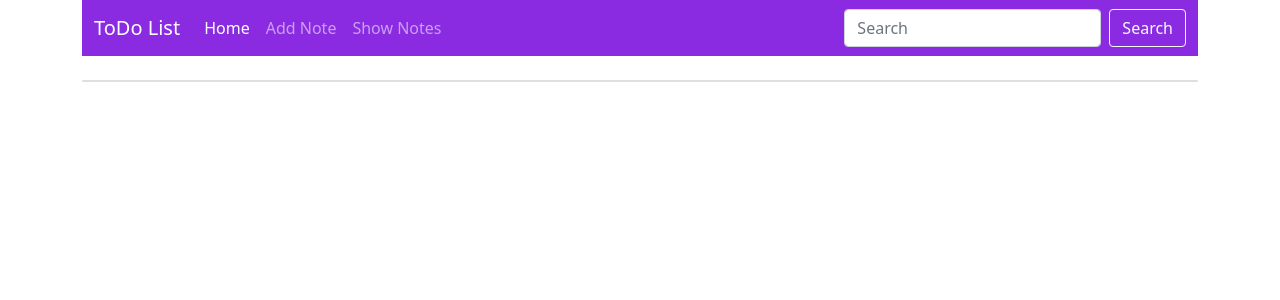
Repository: VishalSalvi17/Hibernate
Page: http://localhost/ToDoList/
The author's editor kept a copy of each file at every save. The page is drawn from the files as they stood at one save, then again after the next save.
The browser window is 1280 px wide. The pictures show the whole page.
Some web libraries are served in a nearby version. The page is served by Tomcat 9. Other server files are loaded and not shown.

Above is the page before, as saved 2023-03-17 06:47:34.

### ToDoList/src/main/webapp/index.jsp
<!doctype html>
<html lang="en">
<head>
<!-- Required meta tags -->
<meta charset="utf-8">
<meta name="viewport" content="width=device-width, initial-scale=1">

<title>TODO List : Home Page</title>
<%@include file="all_js_css.jsp"%>
<link rel="stylesheet"
	href="https://cdnjs.cloudflare.com/ajax/libs/font-awesome/6.3.0/css/all.min.css"
	integrity="sha512-SzlrxWUlpfuzQ+pcUCosxcglQRNAq/DZjVsC0lE40xsADsfeQoEypE+enwcOiGjk/bSuGGKHEyjSoQ1zVisanQ=="
	crossorigin="anonymous" referrerpolicy="no-referrer" />
</head>
<body>
	<div class="container">
		<%@include file="navbar.jsp"%>
		<br>
		<div class="card">
		<!-- <img alt="" src="">-->
		</div>
	</div>
</body>
</html>

### ToDoList/src/main/webapp/all_js_css.jsp
<!-- Bootstrap CSS -->
<link
	href="https://cdn.jsdelivr.net/npm/bootstrap@5.0.2/dist/css/bootstrap.min.css"
	rel="stylesheet"
	integrity="sha384-EVSTQN3/azprG1Anm3QDgpJLIm9Nao0Yz1ztcQTwFspd3yD65VohhpuuCOmLASjC"
	crossorigin="anonymous">

<!-- style path-->
<link href="css/style.css" rel="stylesheet">

<!-- Option 1: Bootstrap Bundle with Popper -->
<script
	src="https://cdn.jsdelivr.net/npm/bootstrap@5.0.2/dist/js/bootstrap.bundle.min.js"
	integrity="sha384-MrcW6ZMFYlzcLA8Nl+NtUVF0sA7MsXsP1UyJoMp4YLEuNSfAP+JcXn/tWtIaxVXM"
	crossorigin="anonymous"></script>

<!-- Option 2: Separate Popper and Bootstrap JS -->
<script
	src="https://cdn.jsdelivr.net/npm/@popperjs/core@2.9.2/dist/umd/popper.min.js"
	integrity="sha384-IQsoLXl5PILFhosVNubq5LC7Qb9DXgDA9i+tQ8Zj3iwWAwPtgFTxbJ8NT4GN1R8p"
	crossorigin="anonymous"></script>
<script
	src="https://cdn.jsdelivr.net/npm/bootstrap@5.0.2/dist/js/bootstrap.min.js"
	integrity="sha384-cVKIPhGWiC2Al4u+LWgxfKTRIcfu0JTxR+EQDz/bgldoEyl4H0zUF0QKbrJ0EcQF"
	crossorigin="anonymous"></script>

### ToDoList/src/main/webapp/navbar.jsp
<nav class="navbar navbar-expand-lg navbar-dark blue">
  <div class="container-fluid">
    <a class="navbar-brand" href="index.jsp">ToDo List</a>
    <button class="navbar-toggler" type="button" data-bs-toggle="collapse" data-bs-target="#navbarSupportedContent" aria-controls="navbarSupportedContent" aria-expanded="false" aria-label="Toggle navigation">
      <span class="navbar-toggler-icon"></span>
    </button>
    <div class="collapse navbar-collapse" id="navbarSupportedContent">
      <ul class="navbar-nav me-auto mb-2 mb-lg-0">
        <li class="nav-item">
          <a class="nav-link active" aria-current="page" href="index.jsp">Home</a>
        </li>
        <li class="nav-item">
          <a class="nav-link" href="addnote.jsp">Add Note</a>
        </li>
        <li class="nav-item">
          <a class="nav-link" href="all_notes.jsp" tabindex="-1">Show Notes</a>
        </li>
      </ul>
      <form class="d-flex">
        <input class="form-control me-2" type="search" placeholder="Search" aria-label="Search">
        <button class="btn btn-outline-light" type="submit">Search</button>
      </form>
    </div>
  </div>
</nav>

### ToDoList/src/main/webapp/css/style.css
.blue{
	background:#8A2BE2;
}

After the next save:
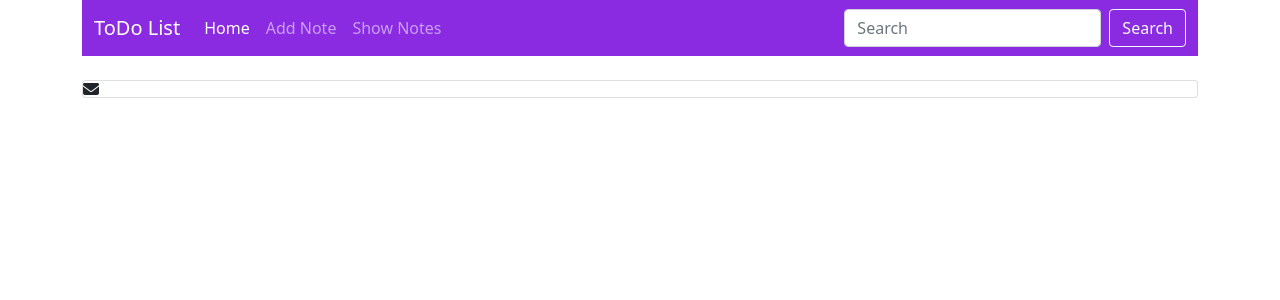
Saved 21 s later.
--- a/ToDoList/src/main/webapp/index.jsp
+++ b/ToDoList/src/main/webapp/index.jsp
@@ -18,6 +18,7 @@
 		<br>
 		<div class="card">
 		<!-- <img alt="" src="">-->
+		<i class="fa-solid fa-envelope"></i>
 		</div>
 	</div>
 </body>
